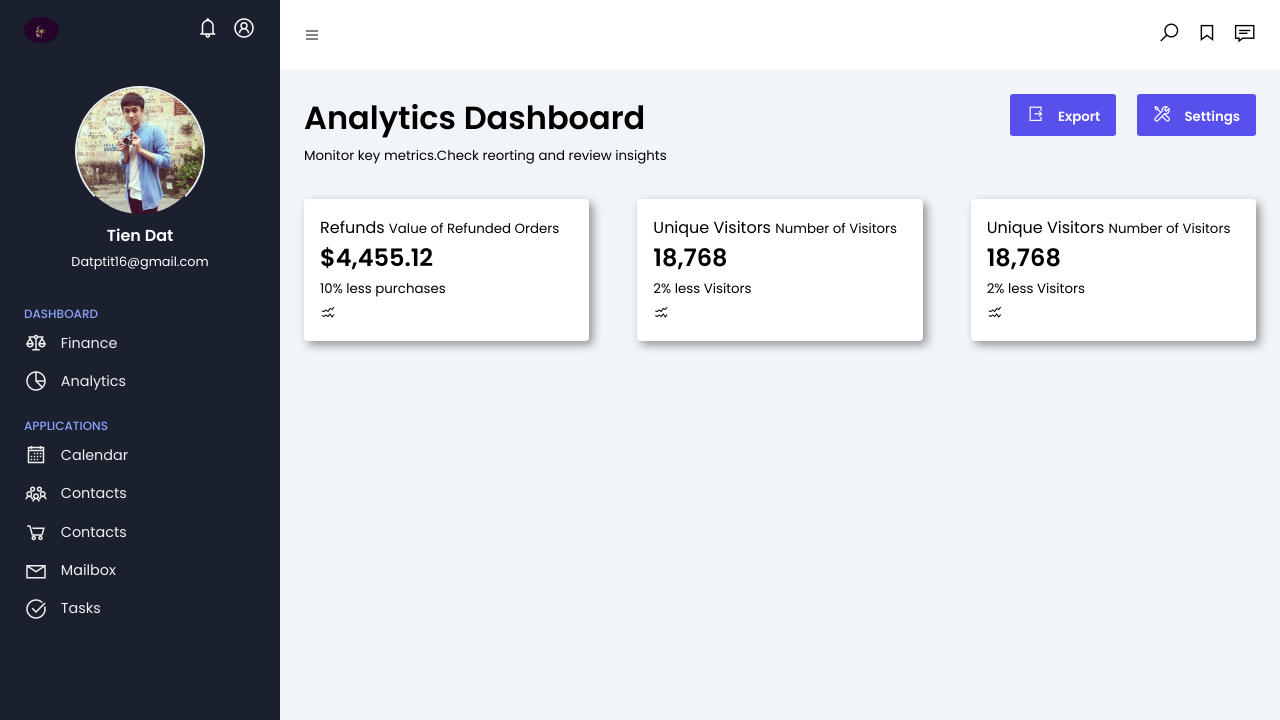
Repository: Datt21/dashboard-fe-project
Page: index.html
These files come from the project's save history. The page is drawn as it stood at one moment and after the next save; the edit follows.
The browser window is 1280 px wide. The pictures show the whole page.

Above is the page before, as saved 2021-06-08 18:55:28.

### index.html
<!DOCTYPE html>
<html lang="en">
<head>
    <meta charset="UTF-8">
    <meta http-equiv="X-UA-Compatible" content="IE=edge">
    <meta name="viewport" content="width=device-width, initial-scale=1.0 maxium-scale=1.0">

    <!-- =============== UNICONS =================== -->
    <link rel="stylesheet" href="https://maxst.icons8.com/vue-static/landings/line-awesome/line-awesome/1.3.0/css/line-awesome.min.css">
    <!-- =============== GOOGLE FONT =============== -->

    <!-- =============== CSS ================== -->
    <link rel="stylesheet" href="./assets/css/style.css">

    <title>Tien Dat Admin Dashboard</title>

</head>
<body>
    <!-- ========== SIDEBAR======== -->
    <div class="sidebar">
    <!-- brand -->
         <div class="sidebar__brand">
             <div class="brand__flex">
                 <img src="./img/loGO1.jpg" width="35px" alt="">

                 <div class="brand__icons">
                     <span class="las la-bell"></span>
                     <span class="las la-user-circle"></span>
                 </div>
             </div>
         </div>
    <!-- main -->
         <div class="sidebar__main">
             <div class="sidebar__user">
                 <img src="./img/119942988_206292647508421_8132941228799644311_n.jpg" alt="">
                 <div>
                     <h3> Tien Dat</h3>
                     <span> Datptit16@gmail.com</span>
                 </div>
             </div>
             <div class="sidebar__menu">
                 <div class="menu-head">
                     <span> Dashboard</span>
                 </div>
                 <ul>
                     <li>
                         <a href="">
                         <span class="las la-balance-scale"></span>
                        Finance
                        </a>
                    </li>
                     <li>
                         <a href=""><span class="las la-chart-pie"></span>
                        Analytics
                         </a>
                    </li>
                 </ul>

                 <div class="menu-head">
                    <span> Applications</span>
                </div>
                <ul>
                    <li>
                        <a href="">
                        <span class="las la-calendar"></span>
                       Calendar
                       </a>
                   </li>
                    <li>
                        <a href=""><span class="las la-users"></span>
                       Contacts
                        </a>
                   </li>
                    <li>
                        <a href=""><span class="las la-shopping-cart"></span>
                       Contacts
                        </a>
                   </li>
                    <li>
                        <a href=""><span class="las la-envelope"></span>
                       Mailbox
                        </a>
                   </li>
                    <li>
                        <a href=""><span class="las la-check-circle"></span>
                       Tasks
                        </a>
                   </li>
                </ul>
             </div>
         </div>
    </div>

    <!-- ================== MAIN CONTENT===================== -->
    <div class="main__content">
        <header>
            <div class="menu__toggle">
                <lable for="">
                    <span class="las la-bars"></span>
                </lable>
            </div>

            <div class="hearder__icons">
                <span class="las la-search"></span>
                <span class="las la-bookmark"></span>
                <span class="las la-sms"></span>
            </div>
        </header>

        <main>
            <div class="page__header">
                <div>
                    <h1>Analytics Dashboard</h1>
                    <small>Monitor key metrics.Check reorting and review insights</small>
                </div>

                <div class="header__actions">
                    <button>
                        <span class="las la-file-export"></span>
                        Export
                    </button>
                    <button>
                        <span class="las la-tools"></span>
                        Settings
                    </button>
                </div>
            </div>

            <div class="cards">
                <div class="card__single">
                     <div class="card__flex">
                         <div class="card__info">
                             <div class="card__head">
                                 <span>Refunds</span>
                                 <small>Value of Refunded Orders</small>
                             </div>

                             <h2>$4,455.12</h2>

                             <small>10% less purchases</small>
                         </div>
                         <div class="card-chart">
                             <span class="las la-chart-line"></span>
                         </div>
                     </div>
                </div>

                <div class="card__single">
                     <div class="card__flex">
                         <div class="card__info">
                             <div class="card__head">
                                 <span>Unique Visitors</span>
                                 <small>Number of Visitors</small>
                             </div>

                             <h2>18,768</h2>

                             <small>2% less Visitors</small>
                         </div>
                         <div class="card-chart">
                             <span class="las la-chart-line"></span>
                         </div>
                     </div>
                </div>
                <div class="card__single">
                     <div class="card__flex">
                         <div class="card__info">
                             <div class="card__head">
                                 <span>Unique Visitors</span>
                                 <small>Number of Visitors</small>
                             </div>

                             <h2>18,768</h2>

                             <small>2% less Visitors</small>
                         </div>
                         <div class="card-chart">
                             <span class="las la-chart-line"></span>
                         </div>
                     </div>
                </div>
            </div>
        </main>
    </div>
</body>
</html>

### assets/css/style.css
@import url('https://fonts.googleapis.com/css2?family=Poppins:wght@300;400;500;600&display=swap');

:root{
    --color-main: #1a202e;
}

*{
    font-family: 'Poppins', sans-serif ;
    box-sizing: border-box;
    text-decoration: none;
    list-style-type: none;
    margin: 0;
    padding: 0;
}

.sidebar{
    width: 280px;
    position: fixed;
    left: 0;
    top: 0;
    height: 100%;
    padding: 1rem 1.5rem;
    background: var(--color-main);
    color: #fff;
}

.sidebar__brand{
    height: 70px;
}

.brand__flex{
    display: flex;
    justify-content: space-between;
    align-items: center;
}

.brand__flex img{
    border-radius: 50%;
}

.brand__icons span{
    font-size: 1.5rem;
    margin-left: 0.5rem;
}

.sidebar__user{
    margin: 0rem 0rem 1rem 0rem;
    text-align: center;
}

.sidebar__user img{
    width: 130px;
    height: 130px;
    border-radius: 50%;
    border: 2px solid #efefef;
    border-top: 2px solid #efefef;
    border-left: 2px solid #efefef;
    border-right: 2px solid #efefef;
    border-bottom: 2px solid transparent;
}

.sidebar__user h3{
    font-size: 1rem;
}

.sidebar__user span{
    font-size: .8rem;
}

.sidebar__menu {
    margin-top: 2rem;
}

.menu-head {
    text-transform: uppercase;
    color: #8da2fb;
    font-size: .75rem;
    font-weight: 500;
    margin-bottom: 0.5rem;
}

.sidebar__menu ul{
    margin-bottom: 1.5rem;
}

.sidebar__menu li{
    margin-bottom: 0.9rem;

}

.sidebar__menu li a{
    color: #efefef;
    font-size: .9rem;
    display: flex;
    align-items: center;
}

.sidebar__menu li a span{
    font-size: 1.5rem;
    display: inline-block;
    margin-right: 0.8rem;
}



header{
    height: 70px;
    display: flex;
    justify-content: space-between;
    align-items: center;
    padding: 1rem 1.5rem;
}

.menu__toggle label{
    height: 60px;
    width: 60px;
    display: grid;
    place-items: center;
    font-size: 1.5rem;
    border-radius: 50%;
}

.hearder__icons span{
    display: inline-block;
    margin-left: .7rem;
    font-size: 1.4rem;
}

.menu__toggle label:hover {
    background: #efefef;
}

.main__content{
    margin-left: 280px;
}

main {
    padding: 1.5rem;
    background: #f1f5f9;
    min-height: calc(100vh - 70px);
}

.page__header {
    display: flex;
    justify-content: space-between;
}

.header__actions button {
    outline: none;
    background: #5850ec;
    color: #fff;
    border: none;
    padding: .6rem 1rem;
    margin-left: 1rem;
    border-radius: 3px;
    font-weight: 600;
}

.header__actions button span{
    font-size: 1.2rem;
    margin-right: .6rem;

}

.cards{
    display: grid;
    grid-template-columns: repeat(3, 1fr);
    grid-gap : 3rem;
    padding-top: 2rem;
}

.card__single{
    background: #fff;
    padding: 1rem;
    box-shadow: 4px 4px 10px rgba(0,0,0,0.4) ;
    border-radius: 4px;
}

After the next save:
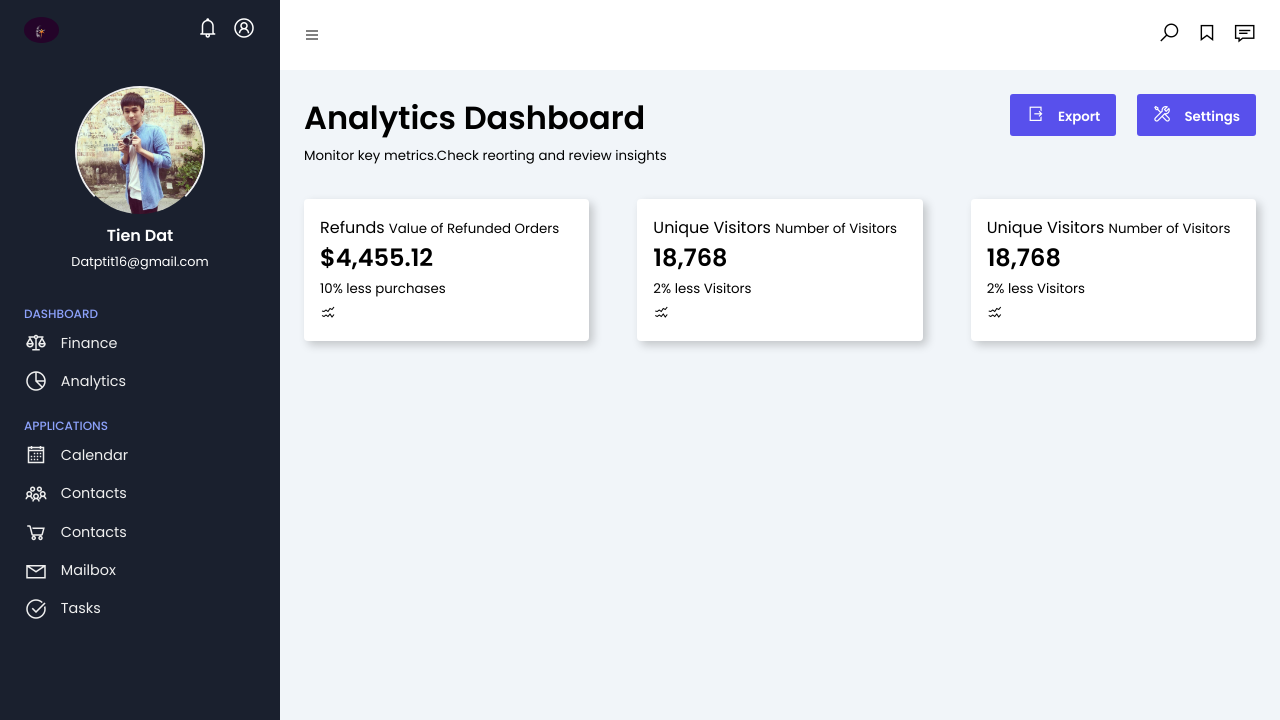
Saved 16 s later.
--- a/assets/css/style.css
+++ b/assets/css/style.css
@@ -172,6 +172,6 @@ main {
 .card__single{
     background: #fff;
     padding: 1rem;
-    box-shadow: 4px 4px 10px rgba(0,0,0,0.4) ;
+    box-shadow: 4px 4px 10px rgba(0,0,0,0.2) ;
     border-radius: 4px;
 }
